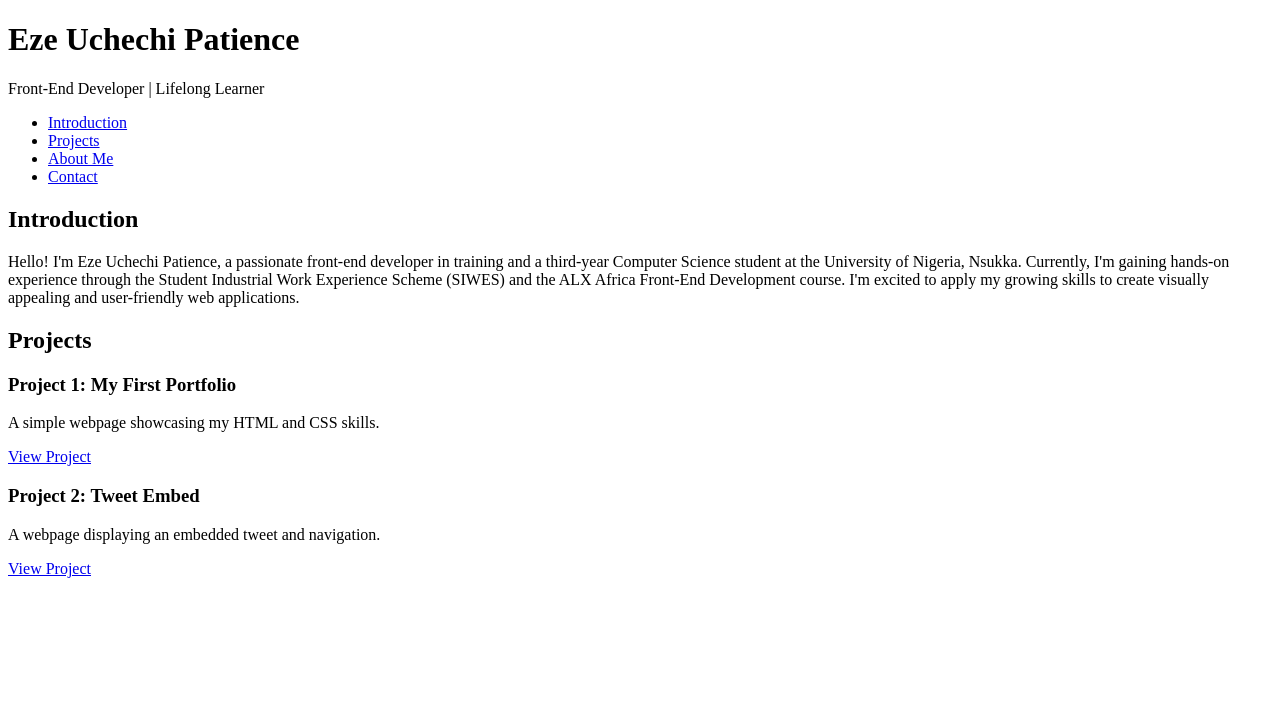
Repository: Patience225/My_First_Portfolio
Page: Portfolio/index.html
An editor plug-in stored every save of this project. The page is shown before and after a run of saves, followed by the edit.
The browser window is 1280 px wide. The pictures show the whole page.

Above is the page before, as saved 2024-12-16 13:30:38.

### Portfolio/index.html
<!DOCTYPE html>
<html lang="en">
<head>
    <meta charset="utf-8">
    <title>Eze Uchechi Patience - Personal Portfolio</title>
</head>
<body>
    <header>
        <h1>Eze Uchechi Patience</h1>
        <p>Front-End Developer | Lifelong Learner</p>
    </header>
    <nav>
      <ul>
        <li><a href="#introduction">Introduction</a></li>
        <li><a href="#projects">Projects</a></li>
        <li><a href="#about">About Me</a></li>
        <li><a href="#contact">Contact</a></li>
    </ul>
    </nav>
    <section id="introduction">
      <h2>Introduction</h2>
    <p>Hello! I'm Eze Uchechi Patience, a passionate front-end developer in training and a third-year Computer Science student at the University of Nigeria, Nsukka. Currently, I'm gaining hands-on experience through the Student Industrial Work Experience Scheme (SIWES) and the ALX Africa Front-End Development course. I'm excited to apply my growing skills to create visually appealing and user-friendly web applications.</p>
    </section>
    <section id="projects">
        <h2>Projects</h2>
        <article class="project">
            <h3>Project 1: My First Portfolio</h3>
            <p>A simple webpage showcasing my HTML and CSS skills.</p>
            <a href="https://github.com/Patience225/My_First_Portfolio" target="_blank">View Project</a>
        </article>
        <article class="project">
            <h3>Project 2: Tweet Embed</h3>
            <p>A webpage displaying an embedded tweet and navigation.</p>
            <a href="https://github.com/Patience225/My_First_Portfolio" target="_blank">View Project</a>
        </article>
    </section>
    <section id="about"></section>
    <section id="contact"></section>
    <footer>

    </footer>
</body>
</html>

After the next 2 saves:
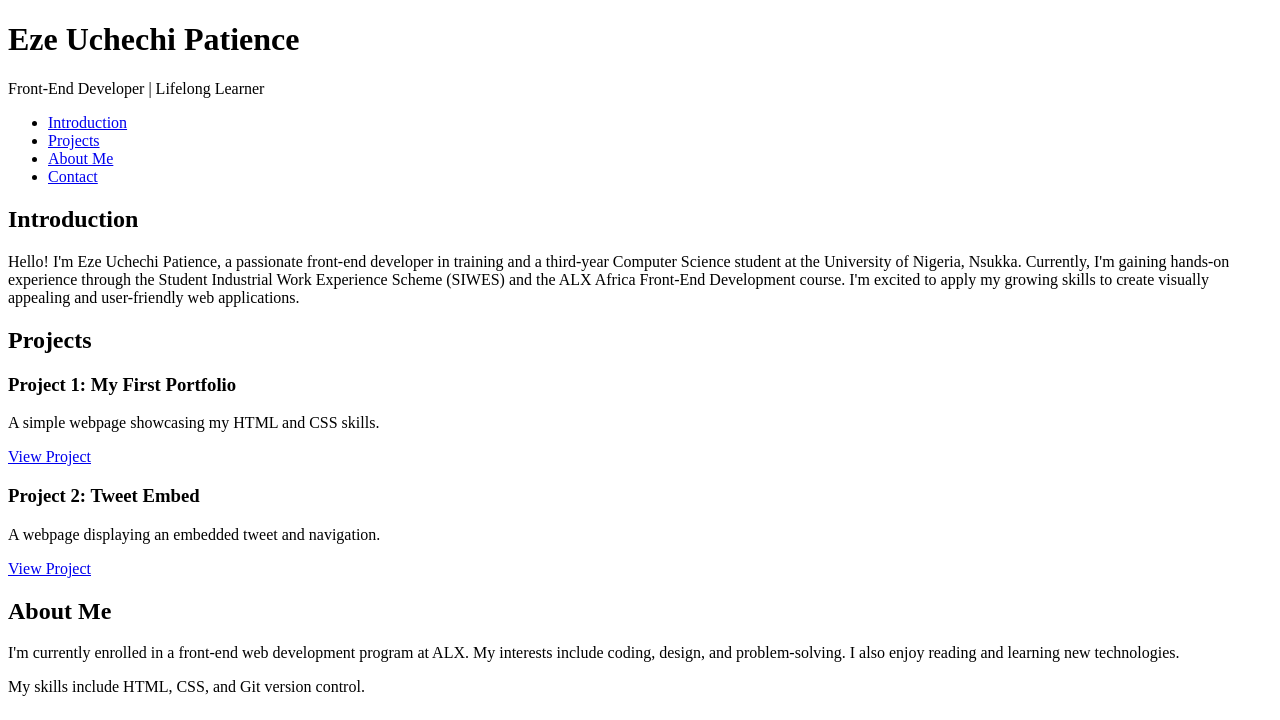
The 2 saves are shown as one change because they came seconds apart.
The last was saved 75 s later.
--- a/Portfolio/index.html
+++ b/Portfolio/index.html
@@ -34,7 +34,11 @@
             <a href="https://github.com/Patience225/My_First_Portfolio" target="_blank">View Project</a>
         </article>
     </section>
-    <section id="about"></section>
+    <section id="about">
+      <h2>About Me</h2>
+    <p>I'm currently enrolled in a front-end web development program at ALX. My interests include coding, design, and problem-solving. I also enjoy reading and learning new technologies.</p>
+    <p>My skills include HTML, CSS, and Git version control.</p>
+    </section>
     <section id="contact"></section>
     <footer>
 
